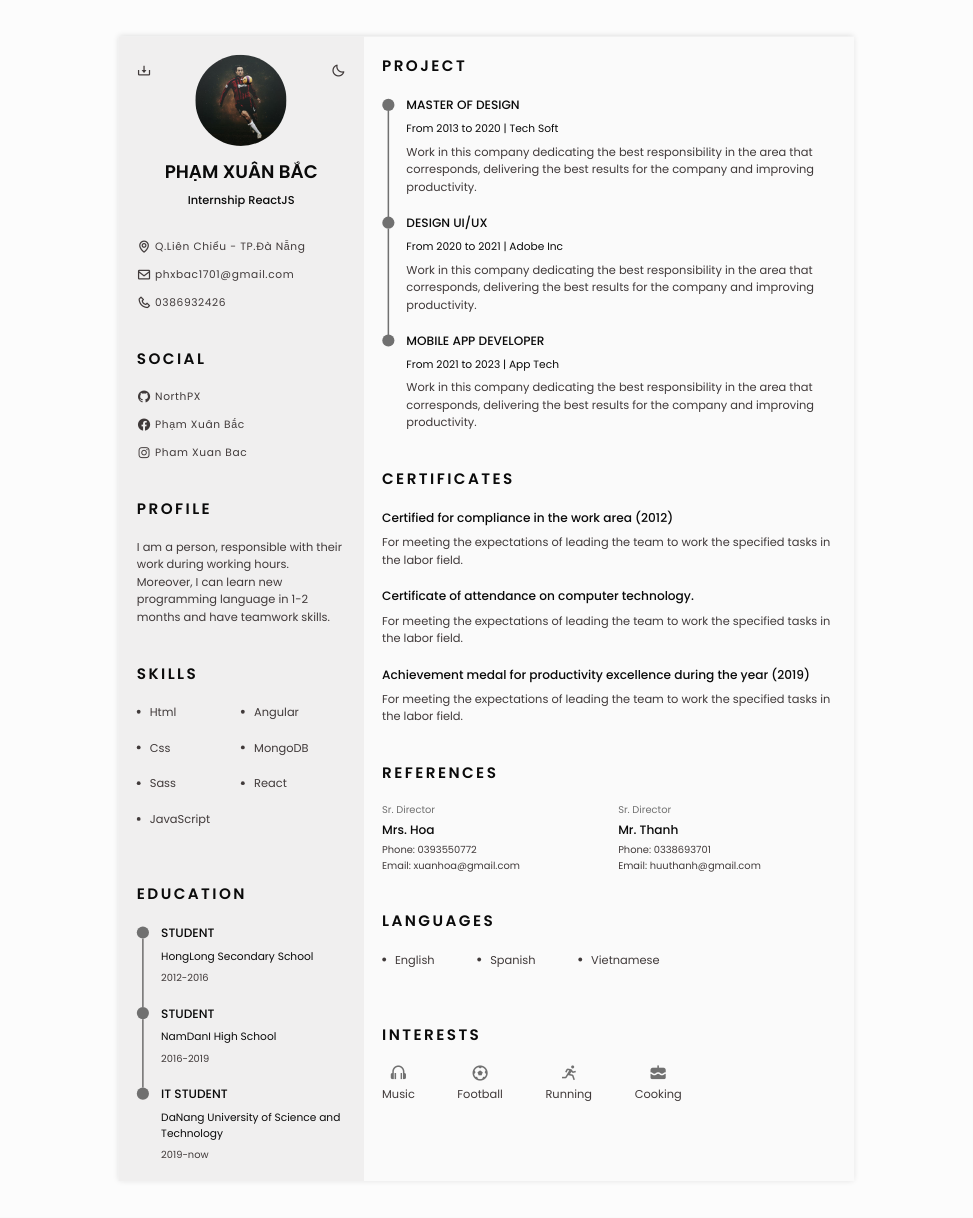
Repository: northpx/myCV
Page: index.html
An editor plug-in stored every save of this project. The page is shown before and after the next save, followed by the edit.
The browser window is 1280 px wide. The pictures show the whole page, at 76% of full size.

Above is the page before, as saved 2023-02-23 16:42:13.

After the next save:
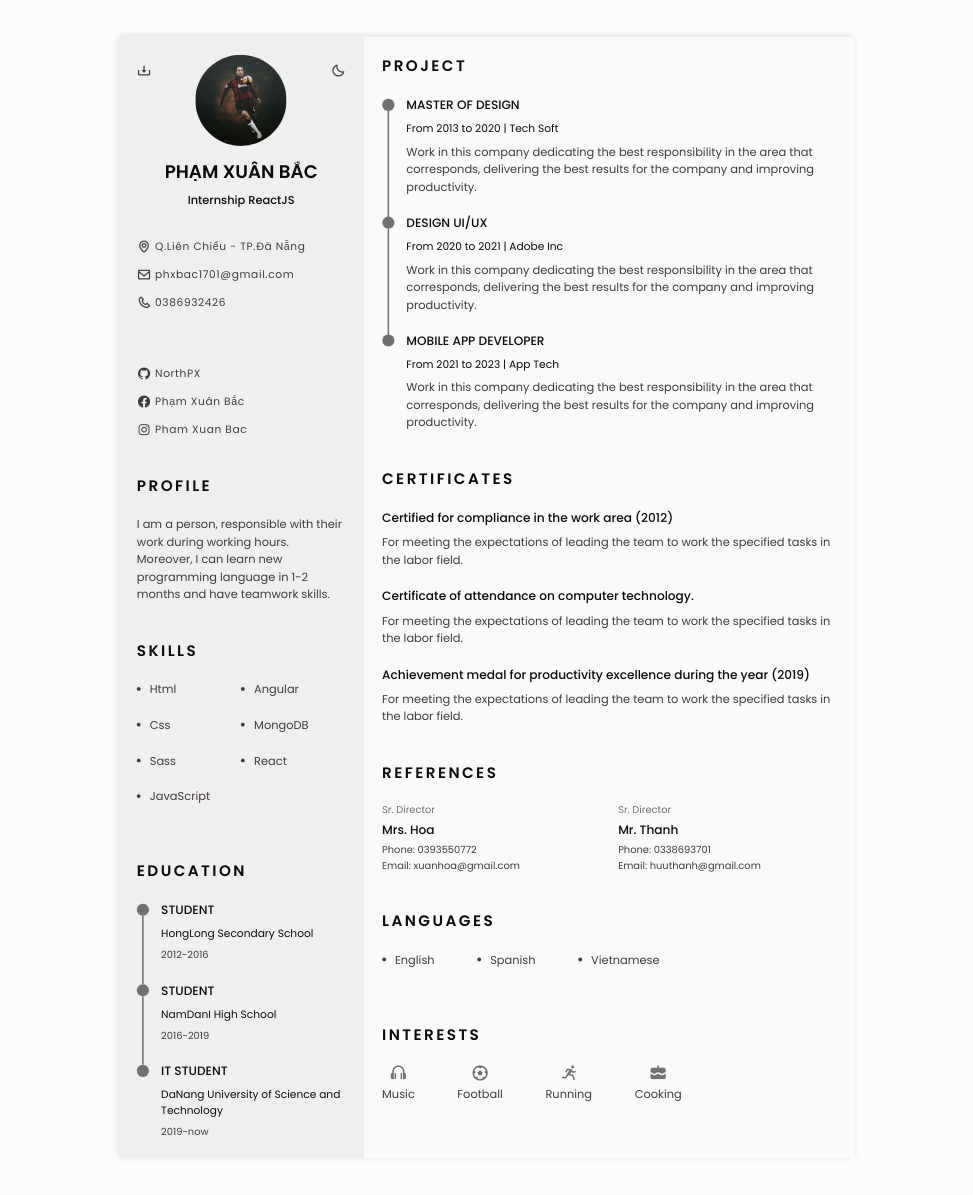
Saved 7 s later.
--- a/index.html
+++ b/index.html
@@ -88,7 +88,7 @@
                 </section>
 
                 <section class="social section">
-                    <h2 class="section-title">SOCIAL</h2>
+                    <h2 class="section-title"></h2>
                     <div class="social__container bd-grid">
                         <a href="https://github.com/northpx" target="_blank" class="social_link">
                             <i class="bx bxl-github social__icon"></i> NorthPX

After the save that followed:
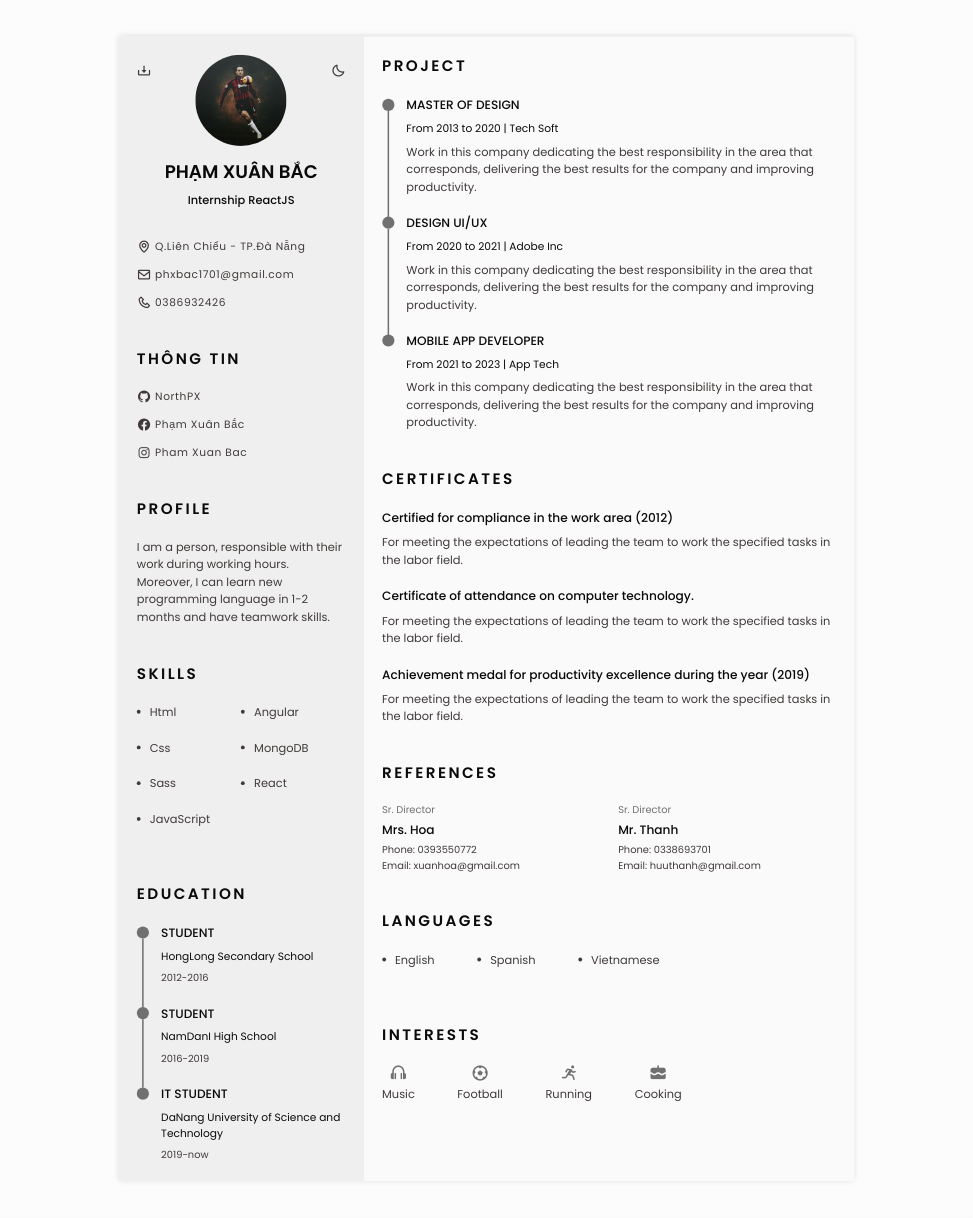
Saved 4 s later.
--- a/index.html
+++ b/index.html
@@ -88,7 +88,7 @@
                 </section>
 
                 <section class="social section">
-                    <h2 class="section-title"></h2>
+                    <h2 class="section-title">Thông tin</h2>
                     <div class="social__container bd-grid">
                         <a href="https://github.com/northpx" target="_blank" class="social_link">
                             <i class="bx bxl-github social__icon"></i> NorthPX
